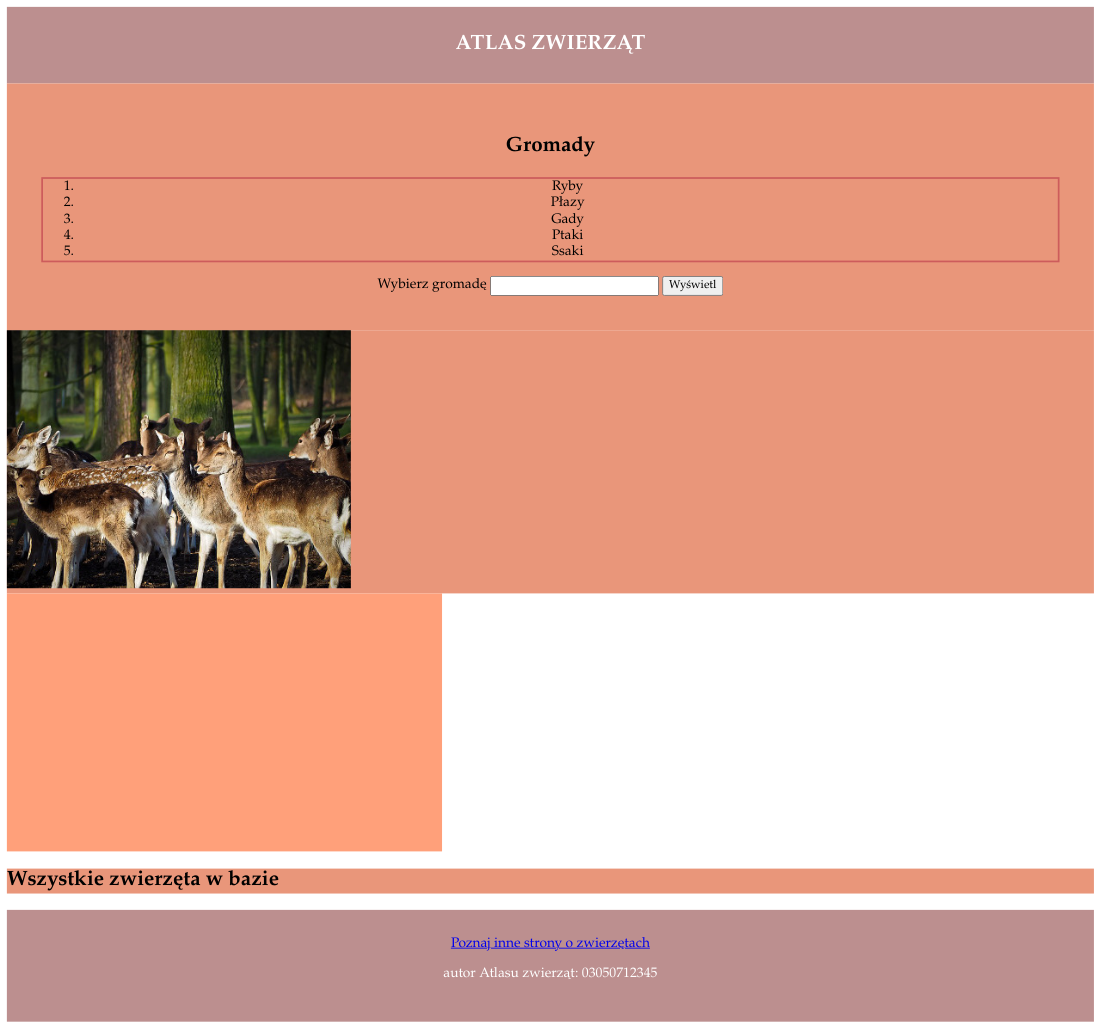
Repository: Lenerystia/HTML
Page: Zad.egz_3/index.html
An editor plug-in stored every save of this project. The page is shown before and after the next save, followed by the edit.
The browser window is 1280 px wide. The pictures show the whole page, at 86% of full size.

Above is the page before, as saved 2021-12-22 13:51:34.

### Zad.egz_3/index.html
<!DOCTYPE html>
<head>
    <meta http-equiv="content-type" type="text/html" charset="UTF-8">
    <title>Dane o zwierzętach</title>
    <link rel="stylesheet" href="styl3.css">
</head>
<body>
    <section class="baner">
        <h1>ATLAS ZWIERZĄT</h1>
    </section>
    <section class="formularz">
        <h2>Gromady</h2>
        <ol>
            <li>Ryby</li>
            <li>Płazy</li>
            <li>Gady</li>
            <li>Ptaki</li>
            <li>Ssaki</li>
        </ol>
        <form action="http://www.przykładowastrona.com" method="post">Wybierz gromadę
            <input type="number" name="Wybierz gromadę" id="gromada">
            <input type="submit" value="Wyświetl">
        </form>
    </section>
    <section class="glownyLewy">
        <img src="zwierzeta.jpg" alt="dzikie zwierzęta">
    </section>
    <section class="glownySrodkowy">

    </section>
    <section class="glownyPrawy">
        <h2>Wszystkie zwierzęta w bazie</h2>
    </section>
    <section class="stopka">
        <a href="atlas-zwierzat.pl" target="_blank">Poznaj inne strony o zwierzętach</a>
        <p>autor Atlasu zwierząt: 03050712345</p>
    </section>
</body>
</html>

### Zad.egz_3/styl3.css
*{
    font-family: Garamond;
}
.baner{
    background-color: rosybrown;
    color: white;
    text-align: center;
    padding: 10px;
}
.formularz{
    background-color: darksalmon;
    text-align: center;
    padding: 40px;
}
.glownyLewy, .glownyPrawy{
    background-color: darksalmon;
}
.glownySrodkowy{
    background-color: lightsalmon;
    height: 300px;
    width: 40%;
}
.stopka{
    background-color: rosybrown;
    color: white;
    text-align: center;
    padding: 30px;
}
ol{
    border: 2px solid rgb(205, 92, 92);
}

After the next save:
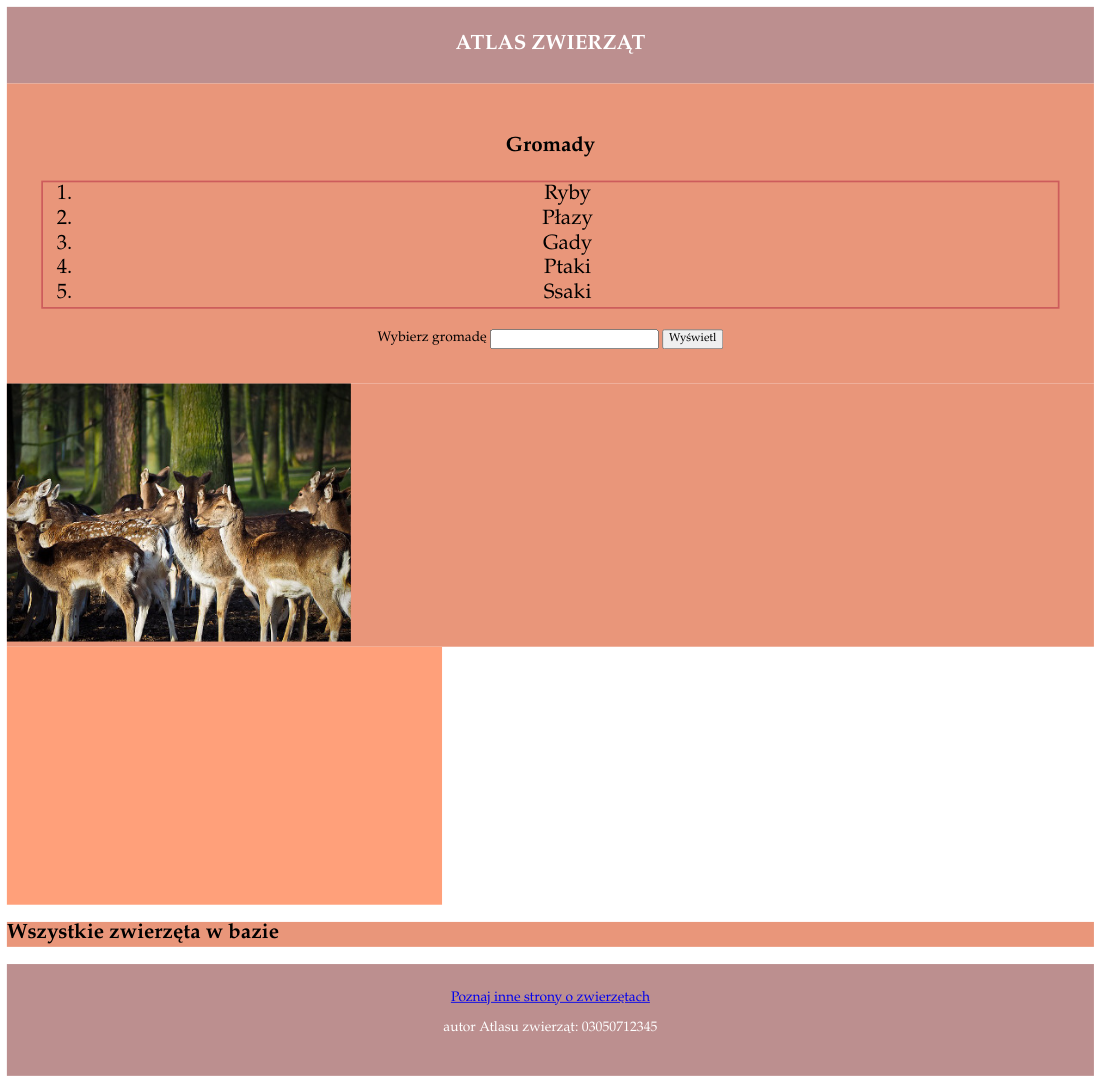
Saved 14 s later.
--- a/Zad.egz_3/styl3.css
+++ b/Zad.egz_3/styl3.css
@@ -28,4 +28,5 @@
 }
 ol{
     border: 2px solid rgb(205, 92, 92);
+    font-size: 150%;
 }
